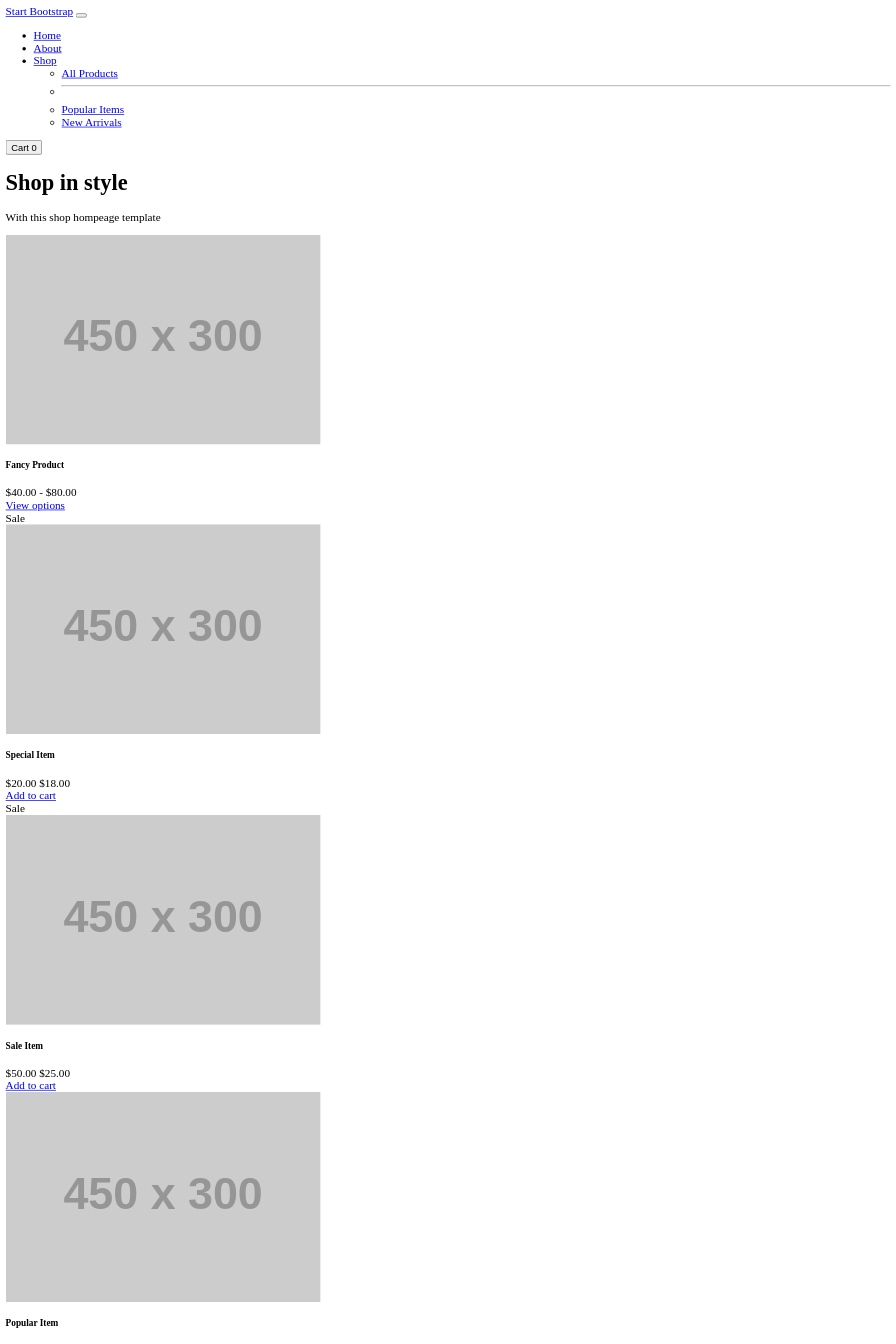
Repository: NguyenMinhDuc20/bai1
Page: http://localhost/ShopGear/WEB-INF/views/user/index.jsp
An editor plug-in stored every save of this project. The page is shown before and after the next save, followed by the edit.
The browser window is 1280 px wide. The pictures show the part of the page from y = 0 to 1920 px (the page is 3586 px tall before and 3351 px after), at 70% of full size.
The page is served by Tomcat 9. Nobody is signed in. The template is opened directly, without the code that normally fills it, so the values that code supplies are empty.

Above is the page before, as saved 2022-02-20 09:58:01.

After the next save:
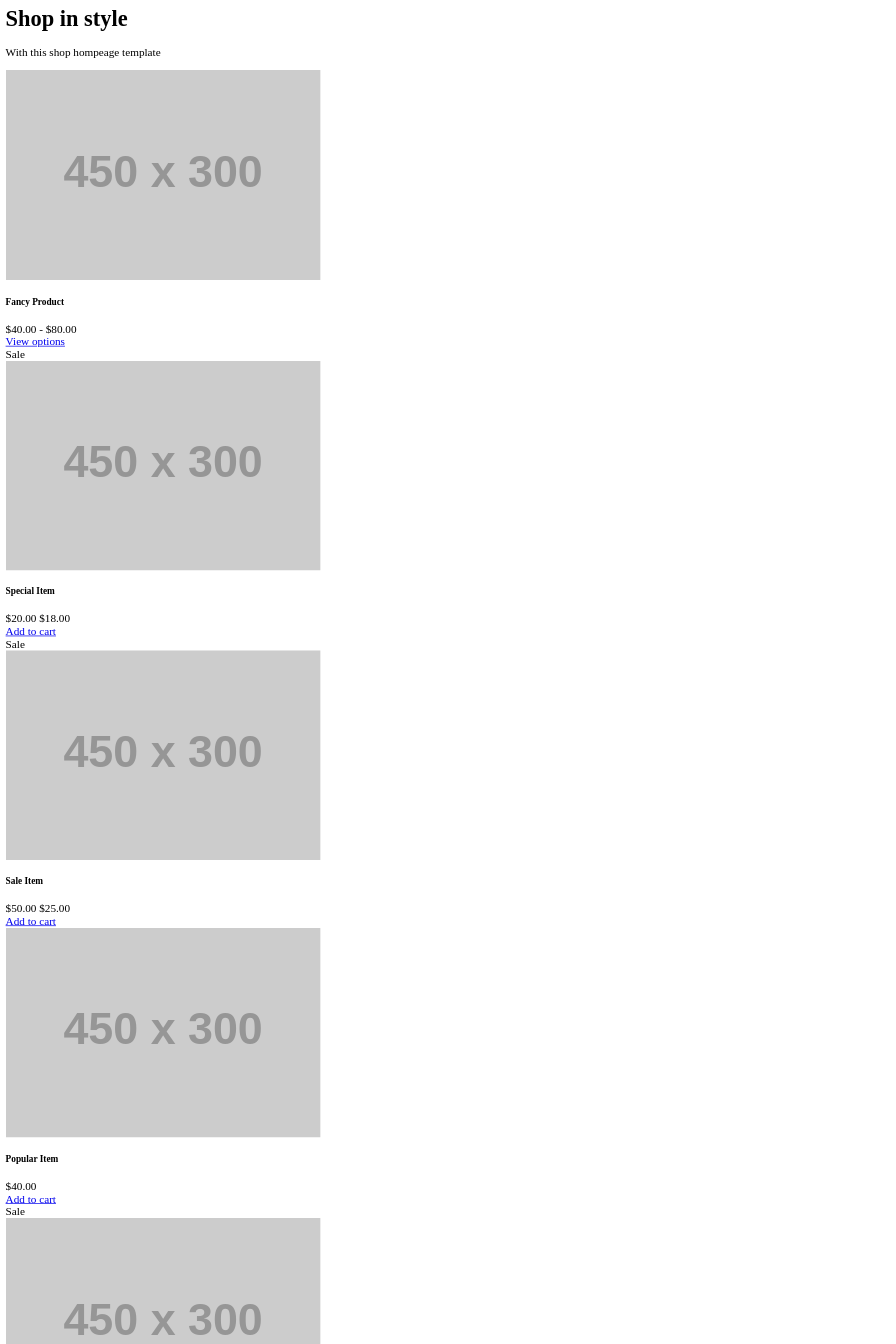
Saved 11 min 52 s later.
--- a/ShopGear/src/main/webapp/WEB-INF/views/user/index.jsp
+++ b/ShopGear/src/main/webapp/WEB-INF/views/user/index.jsp
@@ -1,34 +1,6 @@
 
     <body>
-        <!-- Navigation-->
-        <nav class="navbar navbar-expand-lg navbar-light bg-light">
-            <div class="container px-4 px-lg-5">
-                <a class="navbar-brand" href="#!">Start Bootstrap</a>
-                <button class="navbar-toggler" type="button" data-bs-toggle="collapse" data-bs-target="#navbarSupportedContent" aria-controls="navbarSupportedContent" aria-expanded="false" aria-label="Toggle navigation"><span class="navbar-toggler-icon"></span></button>
-                <div class="collapse navbar-collapse" id="navbarSupportedContent">
-                    <ul class="navbar-nav me-auto mb-2 mb-lg-0 ms-lg-4">
-                        <li class="nav-item"><a class="nav-link active" aria-current="page" href="#!">Home</a></li>
-                        <li class="nav-item"><a class="nav-link" href="#!">About</a></li>
-                        <li class="nav-item dropdown">
-                            <a class="nav-link dropdown-toggle" id="navbarDropdown" href="#" role="button" data-bs-toggle="dropdown" aria-expanded="false">Shop</a>
-                            <ul class="dropdown-menu" aria-labelledby="navbarDropdown">
-                                <li><a class="dropdown-item" href="#!">All Products</a></li>
-                                <li><hr class="dropdown-divider" /></li>
-                                <li><a class="dropdown-item" href="#!">Popular Items</a></li>
-                                <li><a class="dropdown-item" href="#!">New Arrivals</a></li>
-                            </ul>
-                        </li>
-                    </ul>
-                    <form class="d-flex">
-                        <button class="btn btn-outline-dark" type="submit">
-                            <i class="bi-cart-fill me-1"></i>
-                            Cart
-                            <span class="badge bg-dark text-white ms-1 rounded-pill">0</span>
-                        </button>
-                    </form>
-                </div>
-            </div>
-        </nav>
+
         <!-- Header-->
         <header class="bg-dark py-5">
             <div class="container px-4 px-lg-5 my-5">
